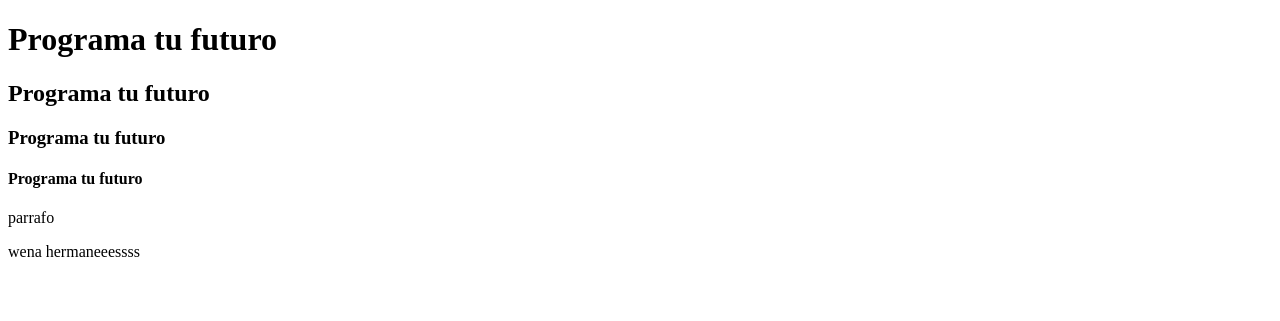
Repository: keanzato/Workspace
Page: login-web-app/src/main/webapp/index.html
The author's editor kept a copy of each file at every save. The page is drawn from the files as they stood at one save, then again after the next save.
The browser window is 1280 px wide. The pictures show the whole page.

Above is the page before, as saved 2016-06-20 16:37:57.

After the next save:
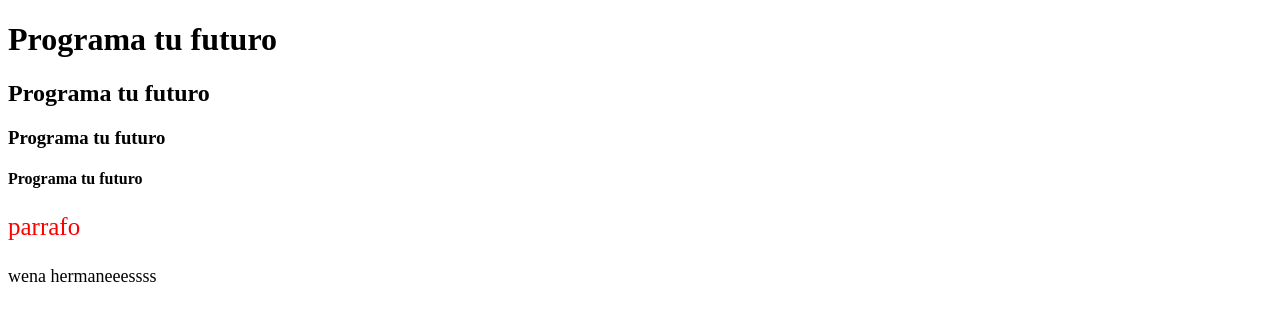
Saved 88 s later.
--- a/login-web-app/src/main/webapp/index.html
+++ b/login-web-app/src/main/webapp/index.html
@@ -22,7 +22,7 @@
 		<h3>Programa tu futuro</h3>
 		<h4>Programa tu futuro</h4>
 
-		<p>parrafo</p>
-		<p>wena hermaneeessss</p>
+		<p class="intro">parrafo</p>
+		<p class="contenido">wena hermaneeessss</p>
 	</body>
 </html>
